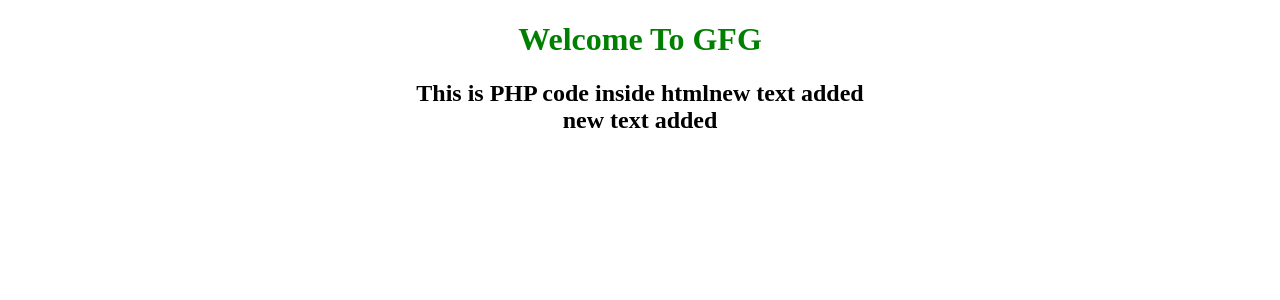
Repository: anish9914/phpprojectgh
Page: http://localhost/exsample1.php
An editor plug-in stored every save of this project. The page is shown before and after the next save, followed by the edit.
The browser window is 1280 px wide. The pictures show the whole page.
The page is run by PHP 8.4 with error messages shown; the project is at /var/www/html/.

Above is the page before, as saved 2022-12-14 11:04:53.

After the next save:
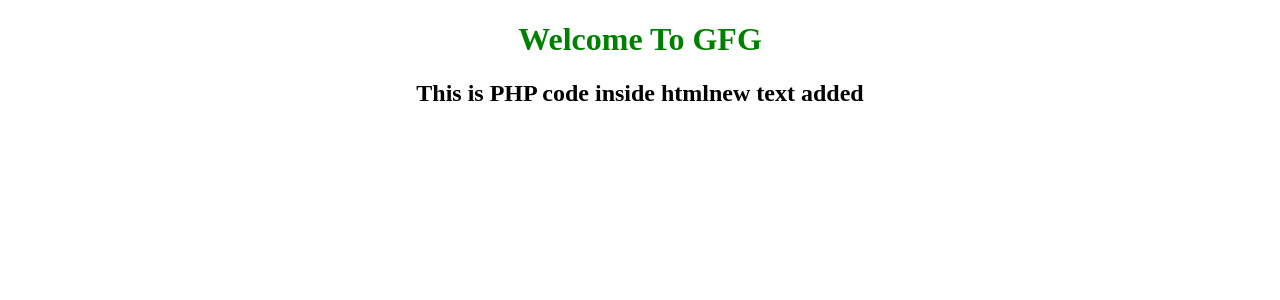
Saved 2 min 28 s later.
--- a/exsample1.php
+++ b/exsample1.php
@@ -17,7 +17,7 @@
             <?php
             echo "This is PHP code inside html";
             echo "new text added<br>";
-            echo "new text added"
+
 
             ?>
         </h2>
